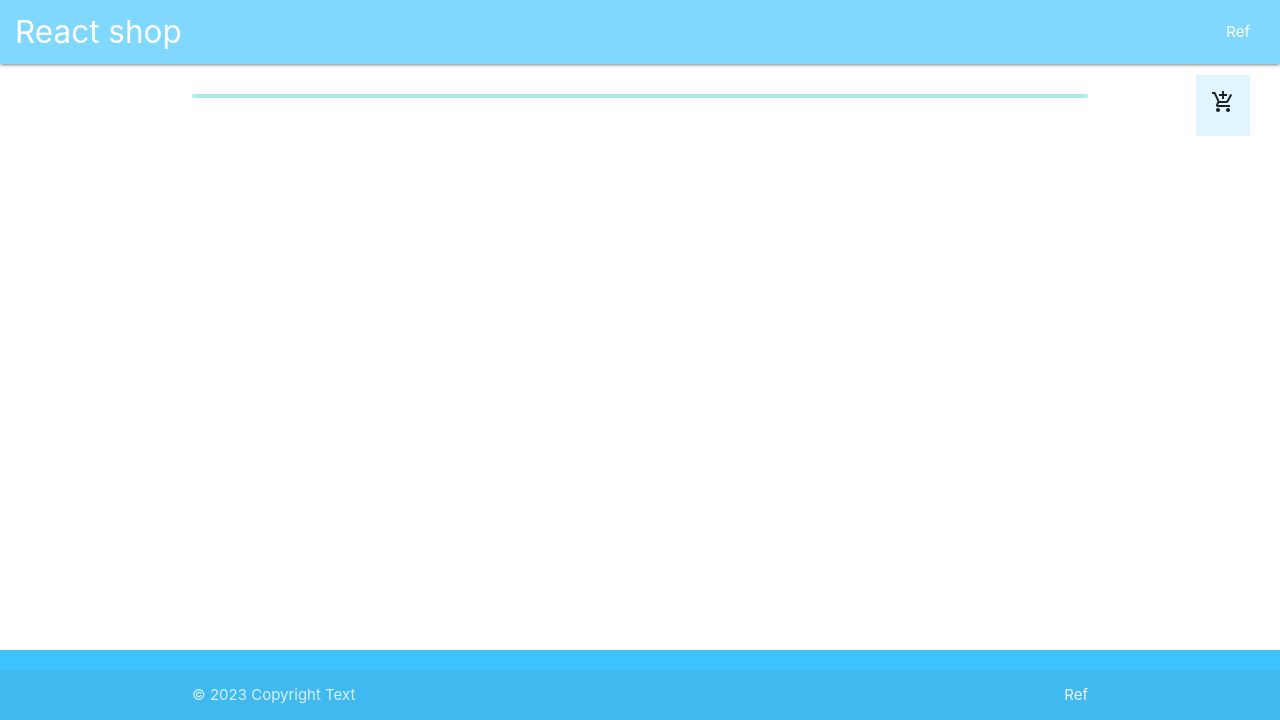
Repository: qui-qui-qui/online-shop
Page: /
The author's editor kept a copy of each file at every save. The page is drawn from the files as they stood at one save, then again after the next save.
The browser window is 1280 px wide. The pictures show the whole page.
The page's requests for data from a server got no answer. The project was rebuilt for these pictures with package versions that can differ from the ones it lists, and the page was loaded fresh each time. No one was signed in, and anything a server would have sent is missing. Also part of the build but not shown: src/components/GoodsItem.jsx, src/components/GoodsList.jsx, src/components/BasketItem.jsx, src/components/BasketList.jsx.

Above is the page before, as saved 2023-01-07 18:26:14.

After the next save:
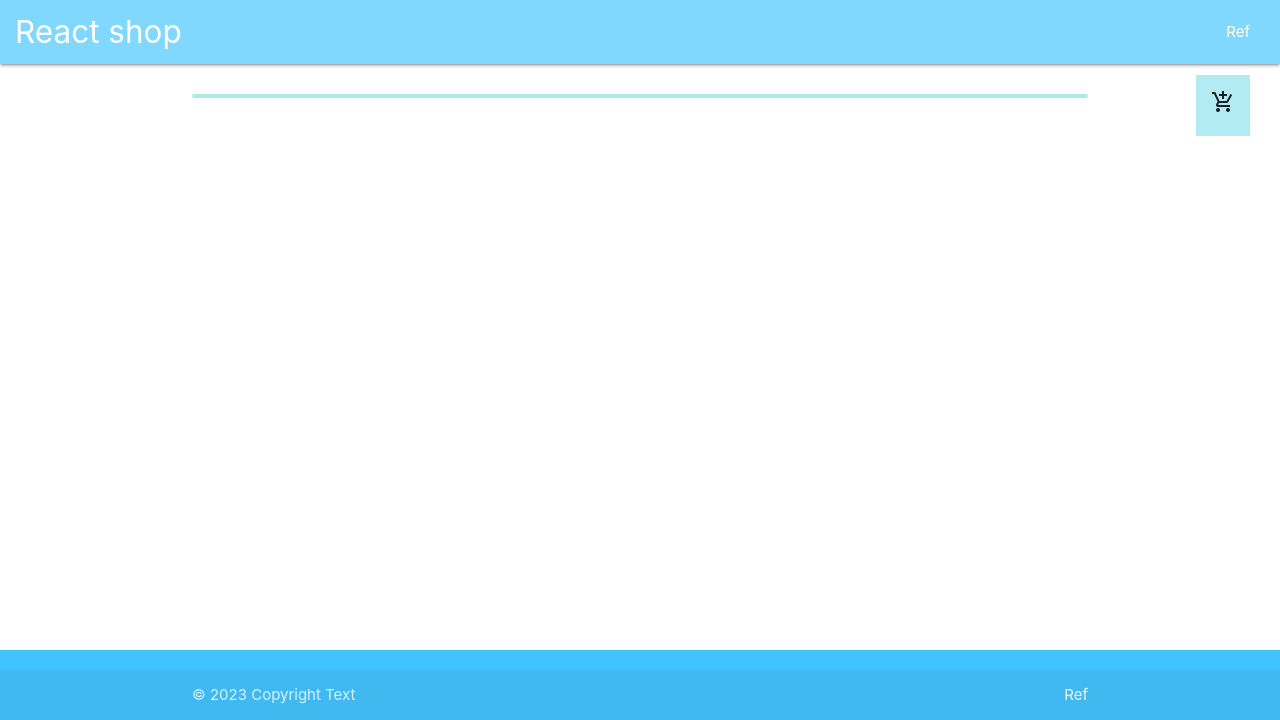
Saved 19 s later.
--- a/src/components/Cart.jsx
+++ b/src/components/Cart.jsx
@@ -2,7 +2,7 @@ function Cart(props) {
     const {quantity = 0, handleBasketShow = Function.prototype} = props;
 
     return (
-        <div className="cart light-blue lighten-5" onClick={handleBasketShow}>
+        <div className="cart cyan lighten-4" onClick={handleBasketShow}>
             <i className="material-icons">add_shopping_cart</i>
             {quantity ? (
                 <span className="cart-quantity">{quantity}</span>
